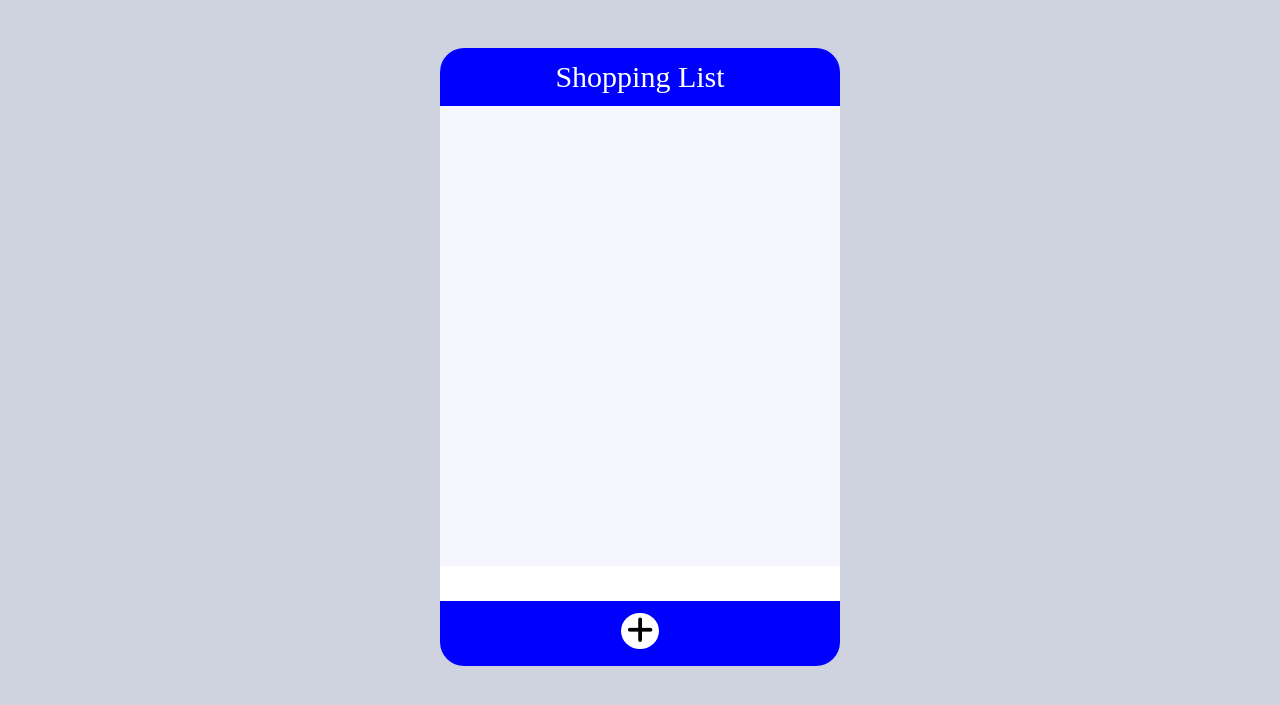
Repository: keehoonjung/Shopping-list
Page: index.html
These files come from the project's save history. The page is drawn as it stood at one moment and after the next save; the edit follows.
The browser window is 1280 px wide. The pictures show the whole page.
Some web libraries are served in a nearby version.

Above is the page before, as saved 2021-08-09 14:31:03.

After the next save:
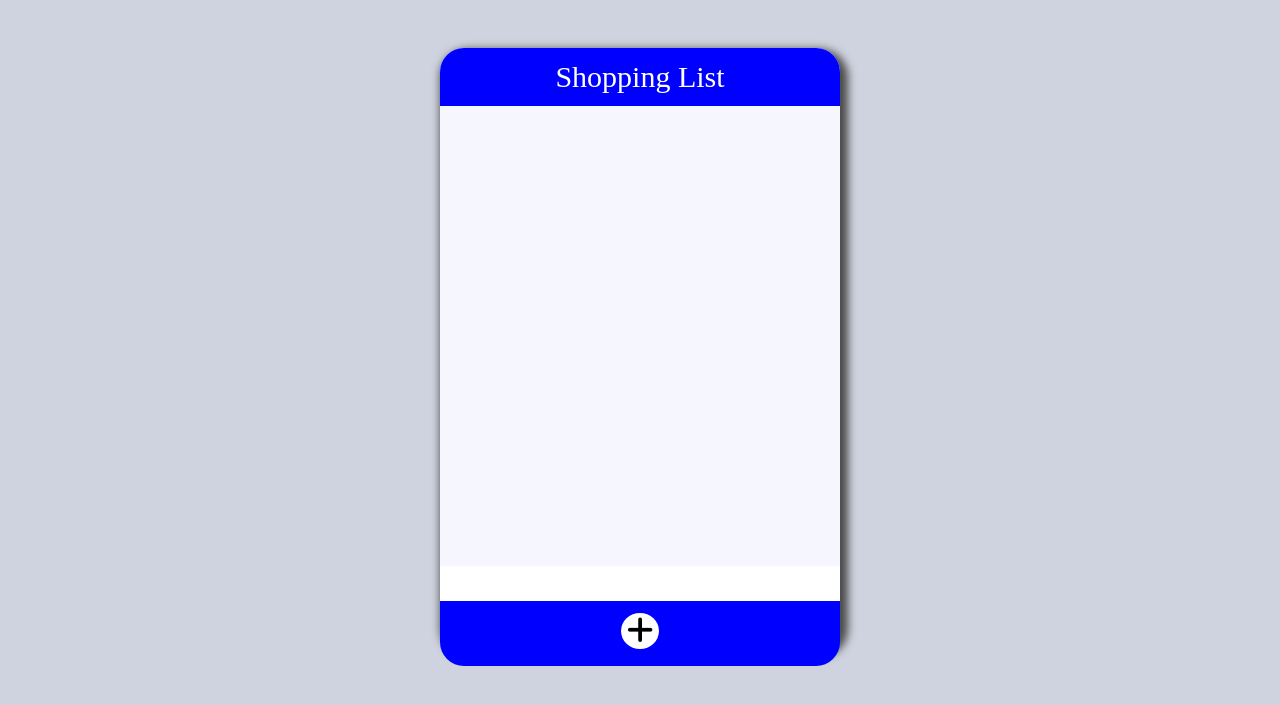
Saved 24 s later.
--- a/style.css
+++ b/style.css
@@ -13,8 +13,6 @@ li {
   list-style: none;
   width: 100%;
   margin-bottom: 12px;
-  -webkit-box-shadow: 4px 5px 8px 4px #4a4a4a;
-  box-shadow: 4px 5px 8px 4px #4a4a4a;
 }
 
 button {
@@ -42,6 +40,8 @@ button {
   width: 400px;
   border-radius: 24px;
   transform: translateY(40px);
+  -webkit-box-shadow: 4px 5px 8px 4px #4a4a4a;
+  box-shadow: 4px 5px 8px 4px #4a4a4a;
 }
 
 .header {
